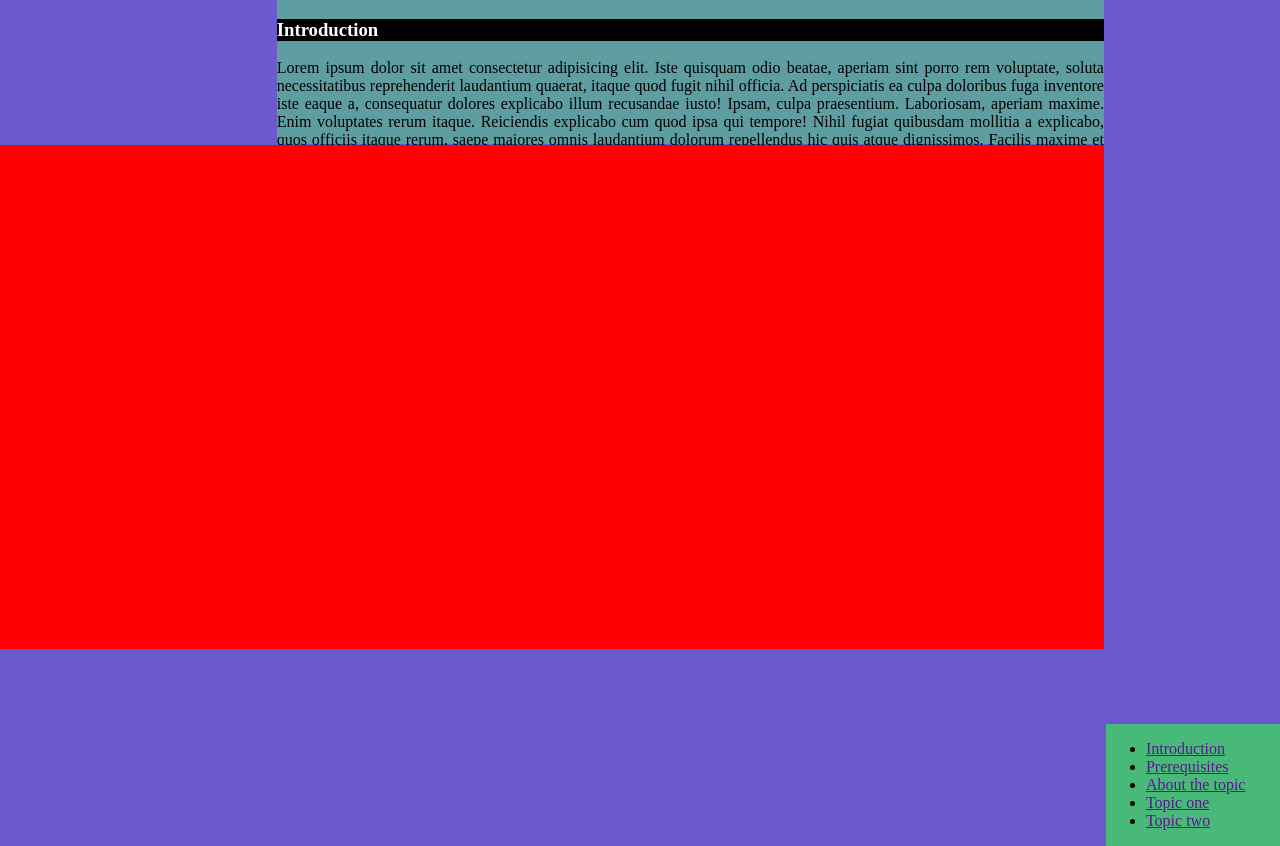
Repository: JoaoLemesDEV/Excercise-Tech-Documentation-Page
Page: index.html
These files come from the project's save history. The page is drawn as it stood at one moment and after the next save; the edit follows.
The browser window is 1280 px wide. The pictures show the whole page.

Above is the page before, as saved 2021-10-03 22:00:30.

### index.html
<!DOCTYPE html>
<html lang="en">
  <head>
    <meta charset="UTF-8" />
    <meta http-equiv="X-UA-Compatible" content="IE=edge" />
    <meta name="viewport" content="width=device-width, initial-scale=1.0" />
    <title>Technical Documentaion</title>
    <link rel="stylesheet" href="index.css" />
  </head>
  <body>
    <div class="wrapper">
      <header><h4>Technical Documentation</h4></header>
      <aside>
        <nav>
          <ul>
            <li><a href="">Introduction</a></li>
            <li><a href="">Prerequisites</a></li>
            <li><a href="">About the topic</a></li>
            <li><a href="">Topic one</a></li>
            <li><a href="">Topic two</a></li>
          </ul>
        </nav>
      </aside>
      <main>
        <section id="introduction">
          <h3 style="background: black; color: white">Introduction</h3>
          <p>
            Lorem ipsum dolor sit amet consectetur adipisicing elit. Iste
            quisquam odio beatae, aperiam sint porro rem voluptate, soluta
            necessitatibus reprehenderit laudantium quaerat, itaque quod fugit
            nihil officia. Ad perspiciatis ea culpa doloribus fuga inventore
            iste eaque a, consequatur dolores explicabo illum recusandae iusto!
            Ipsam, culpa praesentium. Laboriosam, aperiam maxime. Enim
            voluptates rerum itaque. Reiciendis explicabo cum quod ipsa qui
            tempore! Nihil fugiat quibusdam mollitia a explicabo, quos officiis
            itaque rerum, saepe maiores omnis laudantium dolorum repellendus hic
            quis atque dignissimos. Facilis maxime et rerum, totam asperiores
            quidem modi ratione a doloribus hic provident voluptate natus
          </p>
        </section>
        <section id="Prerequisites">
          <h3 style="background: black; color: white">Prerequisites</h3>
          <p>
            Lorem ipsum dolor sit amet consectetur, adipisicing elit. Assumenda
            totam itaque eligendi vitae placeat similique error ullam vel,
            officia magni nulla maxime nostrum ad. Aliquid magni reprehenderit
            quod dolores ut?
          </p>
        </section>
        <section id="about the topic">
          <h3 style="background: black; color: white">About the topic</h3>
          <p>
            Lorem ipsum dolor sit, amet consectetur adipisicing elit. Beatae
            cumque repudiandae ratione, natus nisi facilis suscipit, vel nemo
            amet ducimus voluptates architecto voluptatum ipsam expedita itaque,
            quasi aliquam vitae modi?
          </p>
        </section>
        <section id="topic one">
          <h3 style="background: black; color: white">Topic one</h3>
          <p>
            Lorem ipsum dolor sit, amet consectetur adipisicing elit.
            Consectetur modi quidem minima, reprehenderit autem itaque, in
            voluptas laudantium quam ratione animi fuga voluptatum aut beatae
            dolorem velit soluta? Amet, quo.
          </p>
        </section>
        <section id="topic two">
          <h3 style="background: black; color: white">Topic two</h3>
          <p>
            Lorem ipsum dolor sit amet consectetur adipisicing elit. Quia,
            possimus fugit deleniti, maiores asperiores non dolores optio magnam
            aspernatur amet dolore ipsum in quaerat assumenda neque totam sunt
            odit dolorum.
          </p>
        </section>
      </main>
      <footer></footer>
    </div>
  </body>
</html>

### index.css
html body {
  margin: 0;
  padding: 0;
  box-sizing: border-box;
  background-color: slateblue;
}
.wrapper {
  display: grid;
  grid-template-columns: 1fr 3fr;
  grid-template-rows: 20vh 70vh 10vh;
  grid-gap: 1px 1px;
  grid-template-areas: "h h" " a " "f f";
}

header {
  background-color: yellow;
  grid-area: h;
}

aside {
  background-color: rgb(73, 185, 122);
  grid-area:a;
}

main {
  background-color: cadetblue;
  text-align: justify;
  grid-column-start: 2;
  grid-column-end: 3;
}

footer {
  background-color: red;
  grid-column-start: 1;
  grid-column-end: 3;
}

After the next save:
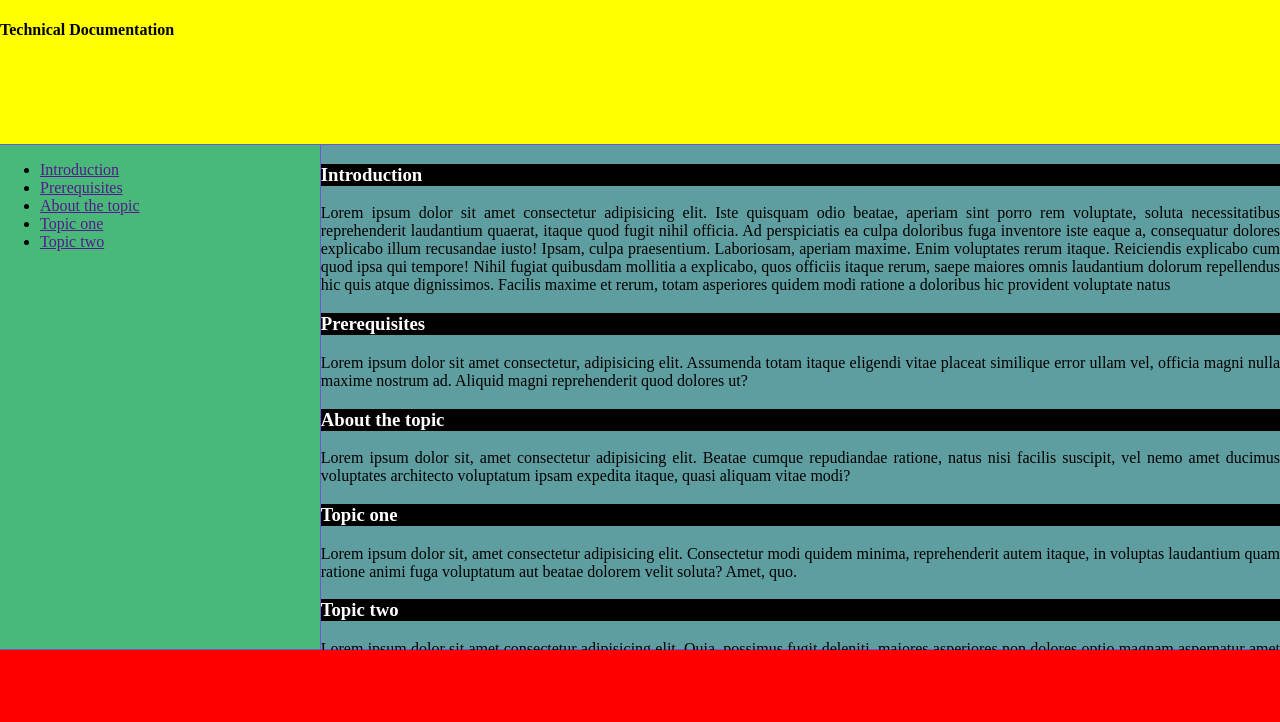
Saved 4 s later.
--- a/index.css
+++ b/index.css
@@ -9,7 +9,7 @@ html body {
   grid-template-columns: 1fr 3fr;
   grid-template-rows: 20vh 70vh 10vh;
   grid-gap: 1px 1px;
-  grid-template-areas: "h h" " a " "f f";
+  grid-template-areas: "h h" "a m" "f f";
 }
 
 header {
